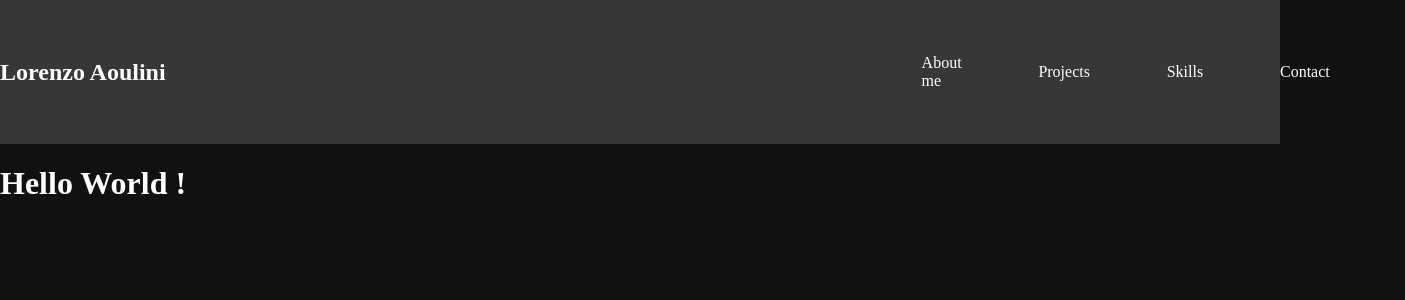
Repository: lolo298/lolo298.github.io
Page: index.html
The author's editor kept a copy of each file at every save. The page is drawn from the files as they stood at one save, then again after the next save.
The browser window is 1280 px wide. The page is 1368 px wide, then 1405 px, so the pictures cover 1405 px, including what lies to the right of the window. The pictures show the whole page.

Above is the page before, as saved 2022-05-09 17:46:08.

After the next save:
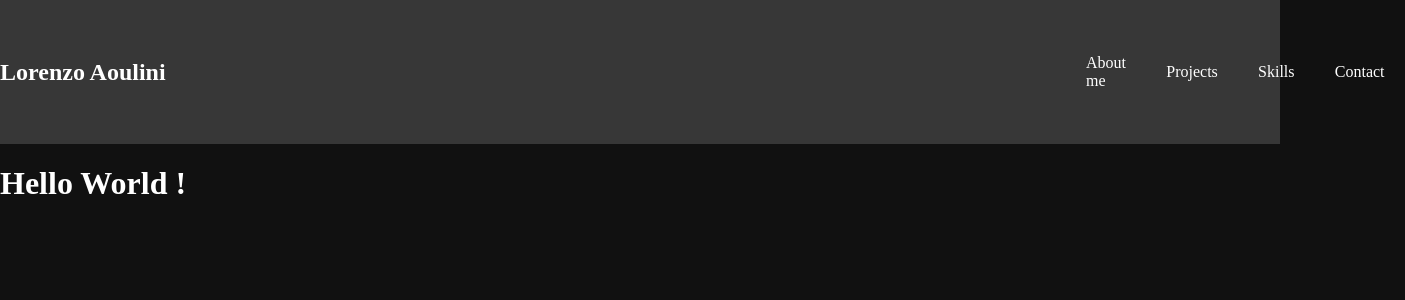
Saved 7 s later.
--- a/css/style.css
+++ b/css/style.css
@@ -29,7 +29,7 @@ body {
 }
 
 .main-navbar-list {
-    width: 30%;
+    width: max-content;
     display: flex;
     flex-direction: row;
     align-items: center;
